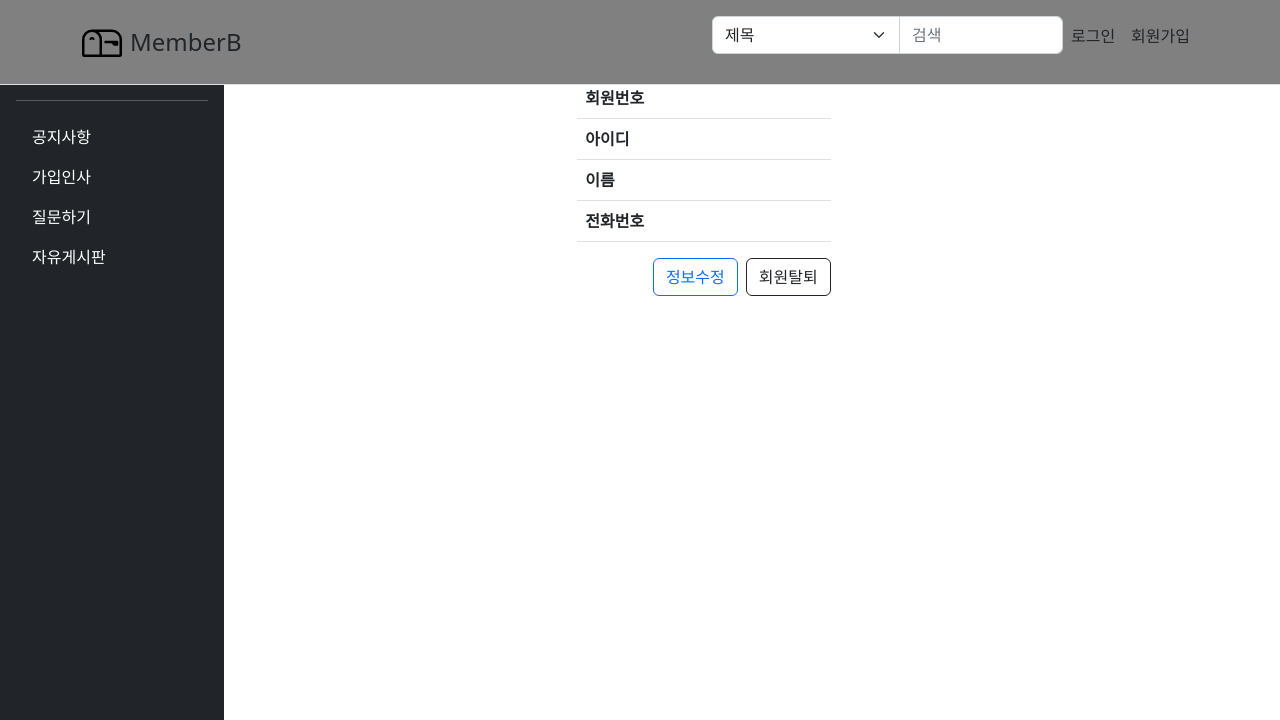
Repository: charmErin/board_220915
Page: http://localhost/board/WEB-INF/views/member/detail.jsp
An editor plug-in stored every save of this project. The page is shown before and after the next save, followed by the edit.
The browser window is 1280 px wide. The pictures show the whole page.
The page is served by Tomcat 9. Nobody is signed in. Other server files are loaded and not shown. The template is opened directly, without the code that normally fills it, so the values that code supplies are empty.

Above is the page before, as saved 2022-09-16 02:37:37.
Console error: SyntaxError: Unexpected token ';'

### board/src/main/webapp/WEB-INF/views/member/detail.jsp
<%@ page language="java" contentType="text/html; charset=UTF-8"
    pageEncoding="UTF-8"%>
<%@ taglib uri="http://java.sun.com/jsp/jstl/core" prefix="c" %>
<!DOCTYPE html>
<html>
<head>
<meta charset="UTF-8">
<title>Insert title here</title>
<style>
	.body-content {
		margin-top: 2rem;
		margin-left: 15rem;
		padding-left: 3rem;
		padding-right: 10rem;
	}

	h2 {
		text-align: center;
		margin: 50px;
	}
</style>
</head>
<body>
	<%@include file ="../layout/header.jsp" %>
	<div class="body-content">
	<div class="container col-4">
		<h2>회원 정보</h2>
		<table class="table">
			<tr>
				<th scope="row">회원번호</th>
				<td>${member.id}</td>
			</tr>
			<tr>
				<th scope="row">아이디</th>
				<td>${member.loginId}</td>
			</tr>
			<tr>
				<th scope="row">이름</th>
				<td>${member.memberName}</td>
			</tr>
			<tr>
				<th scope="row">전화번호</th>
				<td>${member.memberMobile}</td>
			</tr>
		</table>
		<c:if test="${sessionScope.id == member.id}">
			<c:choose>
				<c:when test="${sessionScope.memberName == '관리자'}">
					<div class="d-grid gap-2 d-md-flex justify-content-md-end">
						<button type="button" class="btn btn-outline-dark" onclick="memberList()">회원목록</button>
					</div>
				</c:when>
				<c:otherwise>
					<div class="d-grid gap-2 d-md-flex justify-content-md-end">
				<button type="button" class="btn btn-outline-primary" onclick="memberUpdate()">정보수정</button>
				<button type="button" class="btn btn-outline-dark" onclick="memberDelete()">회원탈퇴</button>
			</div>
				</c:otherwise>
			</c:choose>
		</c:if>
	</div>
	</div>
</body>
<script>
	const memberUpdate = () => {
		location.href = "/member/update-form/" + ${sessionScope.id};
	}

	const memberDelete = () => {
		location.href = "/member/delete/" + ${sessionScope.id};
	}

	const memberList = () => {
		location.href = "/member/findAll";
	}
</script>
</html>

### board/src/main/webapp/WEB-INF/views/layout/header.jsp
<%@ page language="java" contentType="text/html; charset=UTF-8"
    pageEncoding="UTF-8"%>
<%@ taglib uri="http://java.sun.com/jsp/jstl/core" prefix="c" %>
<%@ taglib prefix="fmt" uri="http://java.sun.com/jsp/jstl/fmt" %>
<!DOCTYPE html>
<html>
<head>
<meta charset="UTF-8">
<link href="https://cdn.jsdelivr.net/npm/bootstrap@5.2.1/dist/css/bootstrap.min.css" rel="stylesheet" integrity="sha384-iYQeCzEYFbKjA/T2uDLTpkwGzCiq6soy8tYaI1GyVh/UjpbCx/TYkiZhlZB6+fzT" crossorigin="anonymous">
<title>Insert title here</title>
<style>
	header {
		background: gray;
	}
	.side-bar {
		width: 14rem;
		height: 100%;
		position: fixed;
		display: inline !important;
	}
</style>
</head>
<body>
	<header class="py-3 border-bottom header-fix fixed-top">
		<div class="container d-flex flex-wrap justify-content-center">
			<a href="/" class="d-flex align-items-center mb-3 mb-lg-0 me-lg-auto text-dark text-decoration-none">
				<img src="../../../resources/svg/mailbox.svg" width="40" height="40">
				<span class="fs-4 m-2">
					MemberB
				</span>
			</a>
			<form class="col-md-auto" action="/board/search" method="get">
				<div class="input-group">
					<select class="form-select" name="searchType">
						<option value="boardTitle">제목</option>
						<option value="boardWriter">작성자</option>
						<option value="boardContetns">내용</option>
					</select>
					<input class="form-control col-2" type="text" name="q" placeholder="검색" aria-label="Search">
				</div>
			</form>
			<div>
				<c:choose>
					<c:when test="${sessionScope.id == null}">
						<ul class="nav">
							<li class="nav-item">
								<a href="/member/login-form" class="nav-link link-dark px-2">로그인</a>
							</li>
							<li class="nav-item">
								<a href="/member/save-form" class="nav-link link-dark px-2">회원가입</a>
							</li>
						</ul>
					</c:when>
					<c:otherwise>
						<ul class="nav">
							<li class="nav-item">
								<a href="/member/detail/${sessionScope.id}" class="nav-link link-dark px-2">${sessionScope.memberName}</a>
							</li>
							<c:if test="${sessionScope.loginId eq 'admin'}">
								<li class="nav-item">
									<a href="/member/findAll" class="nav-link link-dark px-2">회원목록</a>
								</li>
							</c:if>
							<li class="nav-item">
								<a href="/member/logout" class="nav-link link-dark px-2">로그아웃</a>
							</li>
						</ul>
					</c:otherwise>
				</c:choose>
			</div>
		</div>
	</header>
		<div class="d-flex flex-column flex-shrink-0 p-3 text-bg-dark side-bar">
			<span class="fs-4">카테고리</span>
			<hr>
			<ul class="nav nav-pills flex-column mb-auto">
				<li class="nav-item">
					<a href="/board/1" class="nav-link text-white">공지사항</a>
				</li>
				<li>
					<a href="/board/2" class="nav-link text-white">가입인사</a>
				</li>
				<li>
					<a href="/board/3" class="nav-link text-white">질문하기</a>
				</li>
				<li>
					<a href="/board/4" class="nav-link text-white">자유게시판</a>
				</li>
			</ul>
		</div>
</body>
</html>

### board/src/main/webapp/resources/svg/mailbox.svg
<svg xmlns="http://www.w3.org/2000/svg" width="16" height="16" fill="currentColor" class="bi bi-mailbox" viewBox="0 0 16 16">
  <path d="M4 4a3 3 0 0 0-3 3v6h6V7a3 3 0 0 0-3-3zm0-1h8a4 4 0 0 1 4 4v6a1 1 0 0 1-1 1H1a1 1 0 0 1-1-1V7a4 4 0 0 1 4-4zm2.646 1A3.99 3.99 0 0 1 8 7v6h7V7a3 3 0 0 0-3-3H6.646z"/>
  <path d="M11.793 8.5H9v-1h5a.5.5 0 0 1 .5.5v1a.5.5 0 0 1-.5.5h-1a.5.5 0 0 1-.354-.146l-.853-.854zM5 7c0 .552-.448 0-1 0s-1 .552-1 0a1 1 0 0 1 2 0z"/>
</svg>

After the next save:
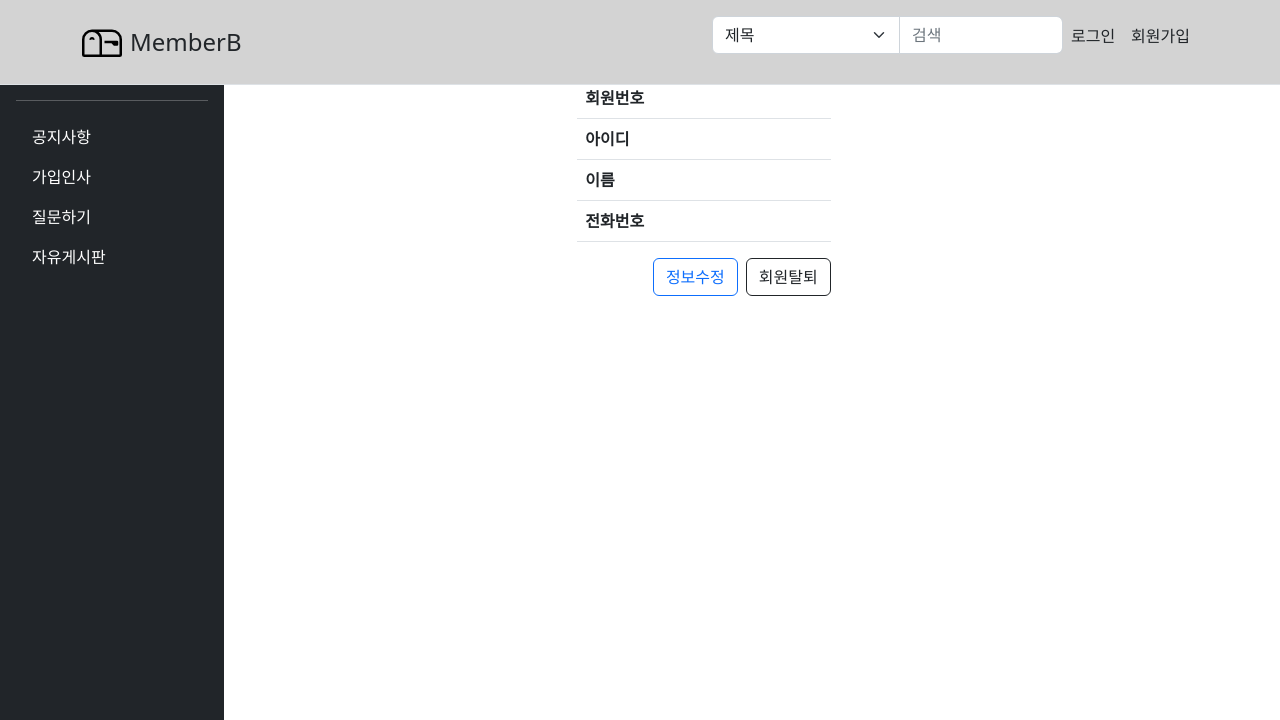
Saved 5 s later.
--- a/board/src/main/webapp/WEB-INF/views/layout/header.jsp
+++ b/board/src/main/webapp/WEB-INF/views/layout/header.jsp
@@ -10,7 +10,7 @@
 <title>Insert title here</title>
 <style>
 	header {
-		background: gray;
+		background: lightgray;
 	}
 	.side-bar {
 		width: 14rem;
